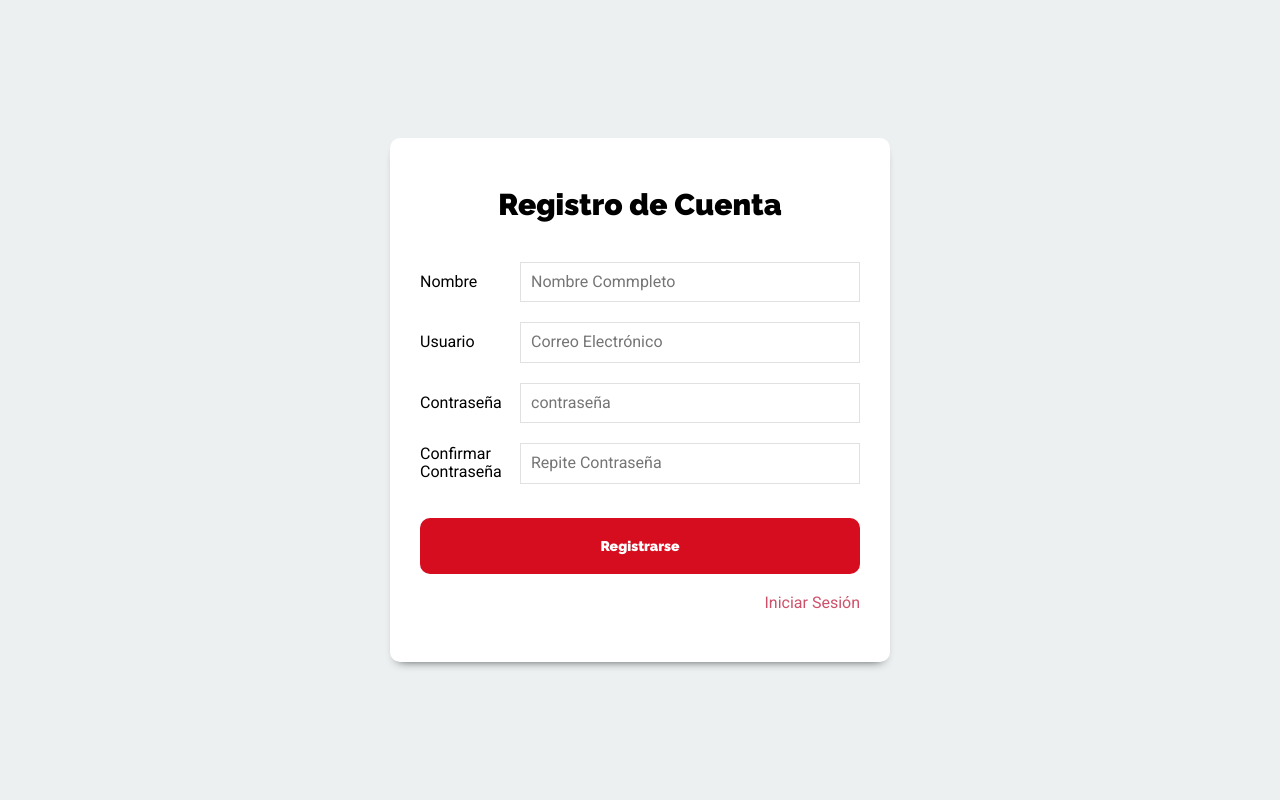
Repository: andrescovarrubias/admin-proyectos
Page: /nueva-cuenta (app in cliente/)
These files come from the project's save history. The page is drawn as it stood at one moment and after the next save; the edit follows.
The browser window is 1280 px wide. The pictures show the whole page.
The project was rebuilt for these pictures with package versions that can differ from the ones it lists, and the page was loaded fresh each time. Also part of the build but not shown: cliente/src/components/auth/Login.jsx, cliente/src/components/proyectos/NuevoProyecto.jsx, cliente/src/components/layout/SideBar.jsx, cliente/src/components/proyectos/Proyectos.jsx.

Above is the page before, as saved 2020-10-31 17:23:40.

After the next save:
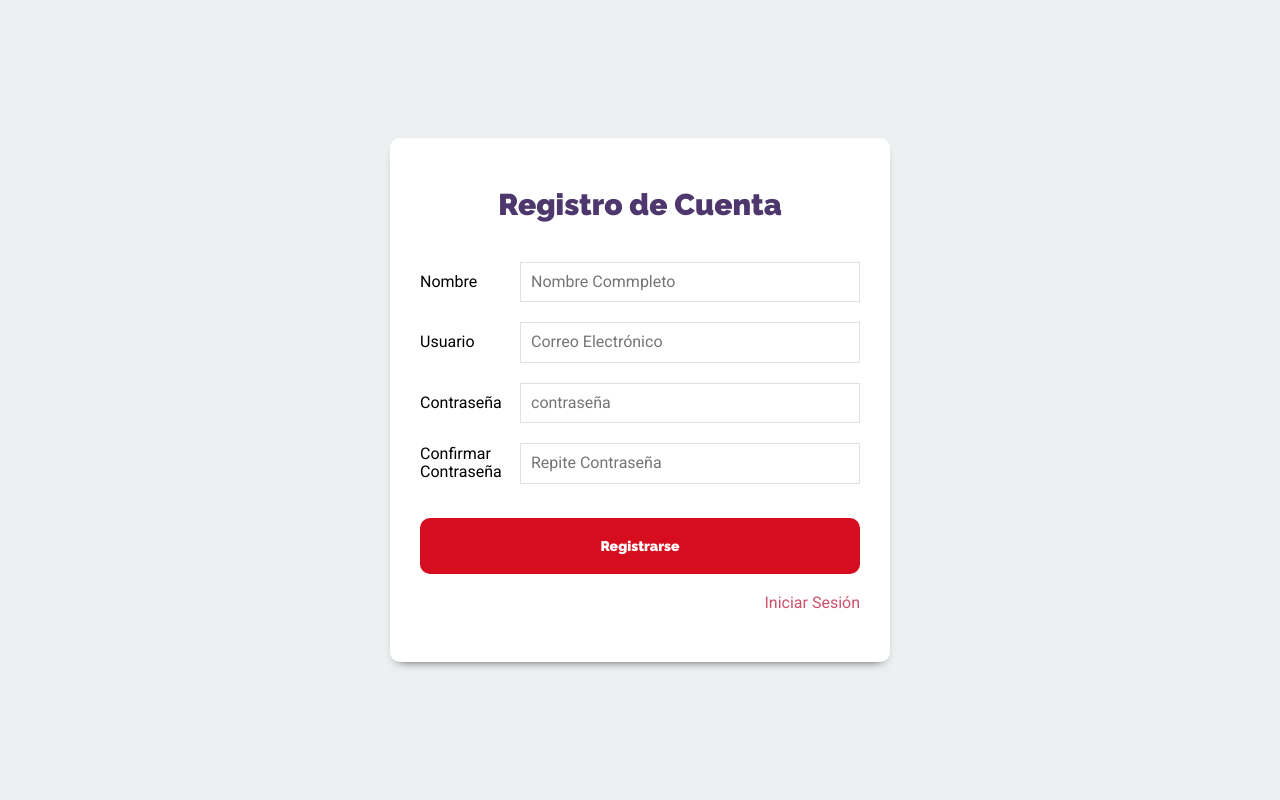
Saved 9 s later.
--- a/cliente/src/index.css
+++ b/cliente/src/index.css
@@ -300,7 +300,7 @@ aside {
   border-radius: 1rem;
 }
 .contenedor-form h1 {
-  color: var(--gris1);
+  color: var(--morado1);
 }
 
 .campo-form {
